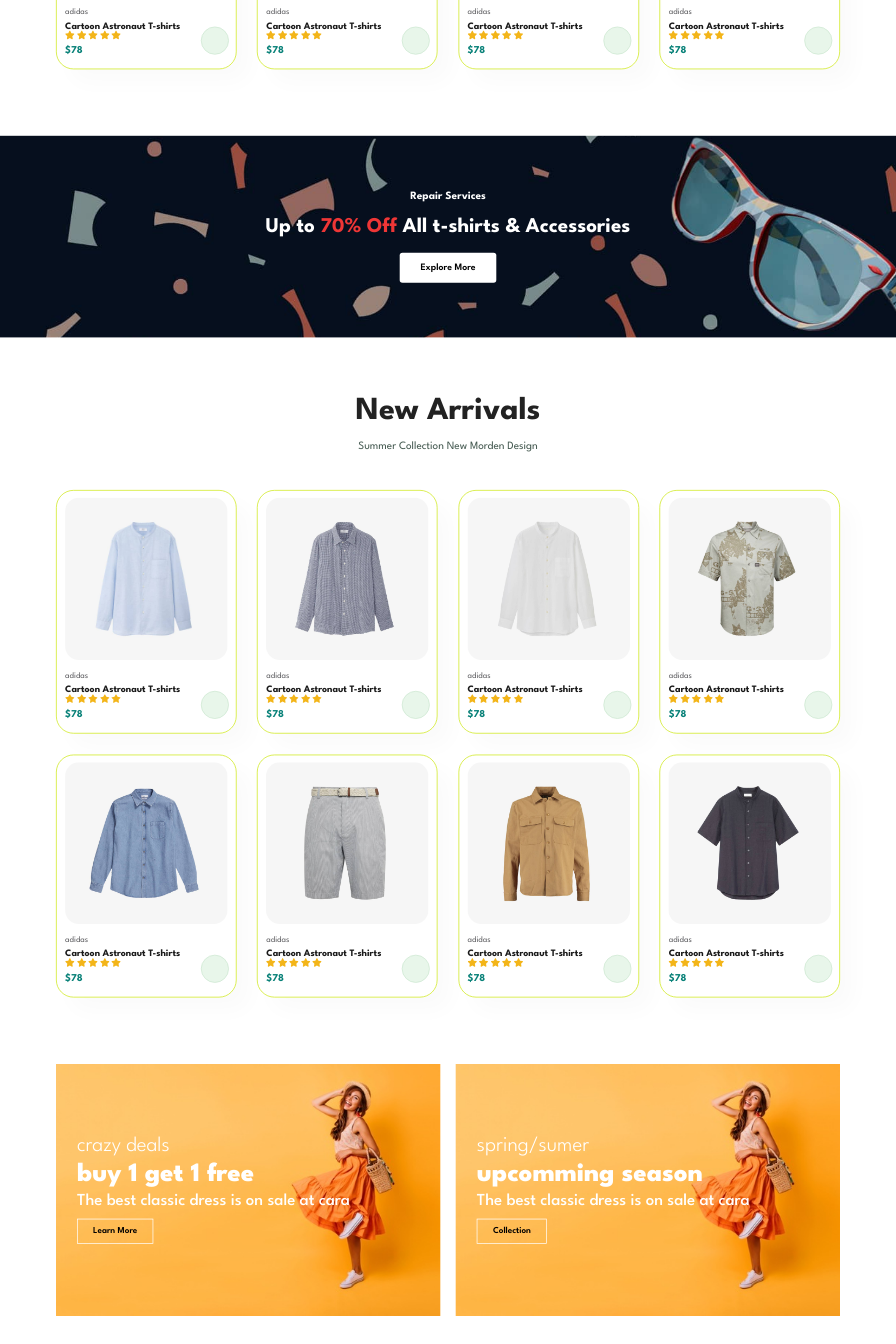
Repository: quy261001/cara
Page: index.html
The author's editor kept a copy of each file at every save. The page is drawn from the files as they stood at one save, then again after the next save.
The browser window is 1280 px wide. The pictures show the part of the page from y = 1840 to 3760 px (the page is 3760 px tall), at 70% of full size.

Above is the page before, as saved 2022-05-01 22:01:29.

### index.html
<!DOCTYPE html>
<html lang="en">
<head>
  <meta charset="UTF-8">
  <meta http-equiv="X-UA-Compatible" content="IE=edge">
  <meta name="viewport" content="width=device-width, initial-scale=1.0">
  <link rel="stylesheet" href="style.css">
  <title>Cara</title>
</head>
<body>
  <section class="header">
    <a href="#"><img src="img/logo.png" class="logo" alt=""></a>

    <div>
      <ul class="navbar">
        <li><a class="active" href="index.html">Home</a></li>
        <li><a href="shop.html">Shop</a></li>
        <li><a href="blog.html">Blog</a></li>
        <li><a href="about.html">About</a></li>
        <li><a href="contact.html">Contact</a></li>
        <li><a href="cart.html"><i class="far fa-shopping-bag"></i></a></li>
      </ul>
    </div>
  </section>

  <section class="hero">
    <h4>Trade-in-offer</h4>
    <h2>Super value deals</h2>
    <h1>On all products</h1>
    <p>Save more with coupon & up to 70% off!</p>
    <button>Shop Now</button>
  </section>

  <section class="feature section-p1">
    <div class="fe-box">
      <img src="img/features/f1.png" alt="">
      <h6>Free Shipping</h6>
    </div>
    <div class="fe-box">
      <img src="img/features/f2.png" alt="">
      <h6>Online Order</h6>
    </div>
    <div class="fe-box">
      <img src="img/features/f3.png" alt="">
      <h6>Save Money</h6>
    </div>
    <div class="fe-box">
      <img src="img/features/f4.png" alt="">
      <h6>Promotions</h6>
    </div>
    <div class="fe-box">
      <img src="img/features/f5.png" alt="">
      <h6>Happy Sell</h6>
    </div>
    <div class="fe-box">
      <img src="img/features/f6.png" alt="">
      <h6>F24/7 Support</h6>
    </div>
  </section>

  <section class="product1 section-p1">
    <h2>Featured Products</h2>
    <p>Summer Collection New Morden Design</p>
    <div class="pro-container">
      <div class="pro">
        <img src="img/products/f1.jpg" alt="">
        <div class="des">
          <span>adidas</span>
          <h5>Cartoon Astronaut T-shirts</h5>
          <div class="star">
            <i class="fas fa-star"></i>
            <i class="fas fa-star"></i>
            <i class="fas fa-star"></i>
            <i class="fas fa-star"></i>
            <i class="fas fa-star"></i>
          </div>
          <h4>$78</h4>
        </div>
        <a href=""><i class="fal fa-shopping-cart cart"></i></a>
      </div>
      <div class="pro">
        <img src="img/products/f2.jpg" alt="">
        <div class="des">
          <span>adidas</span>
          <h5>Cartoon Astronaut T-shirts</h5>
          <div class="star">
            <i class="fas fa-star"></i>
            <i class="fas fa-star"></i>
            <i class="fas fa-star"></i>
            <i class="fas fa-star"></i>
            <i class="fas fa-star"></i>
          </div>
          <h4>$78</h4>
        </div>
        <a href=""><i class="fal fa-shopping-cart cart"></i></a>
      </div>
      <div class="pro">
        <img src="img/products/f3.jpg" alt="">
        <div class="des">
          <span>adidas</span>
          <h5>Cartoon Astronaut T-shirts</h5>
          <div class="star">
            <i class="fas fa-star"></i>
            <i class="fas fa-star"></i>
            <i class="fas fa-star"></i>
            <i class="fas fa-star"></i>
            <i class="fas fa-star"></i>
          </div>
          <h4>$78</h4>
        </div>
        <a href=""><i class="fal fa-shopping-cart cart"></i></a>
      </div>
      <div class="pro">
        <img src="img/products/f4.jpg" alt="">
        <div class="des">
          <span>adidas</span>
          <h5>Cartoon Astronaut T-shirts</h5>
          <div class="star">
            <i class="fas fa-star"></i>
            <i class="fas fa-star"></i>
            <i class="fas fa-star"></i>
            <i class="fas fa-star"></i>
            <i class="fas fa-star"></i>
          </div>
          <h4>$78</h4>
        </div>
        <a href=""><i class="fal fa-shopping-cart cart"></i></a>
      </div>
      <div class="pro">
        <img src="img/products/f5.jpg" alt="">
        <div class="des">
          <span>adidas</span>
          <h5>Cartoon Astronaut T-shirts</h5>
          <div class="star">
            <i class="fas fa-star"></i>
            <i class="fas fa-star"></i>
            <i class="fas fa-star"></i>
            <i class="fas fa-star"></i>
            <i class="fas fa-star"></i>
          </div>
          <h4>$78</h4>
        </div>
        <a href=""><i class="fal fa-shopping-cart cart"></i></a>
      </div>
      <div class="pro">
        <img src="img/products/f6.jpg" alt="">
        <div class="des">
          <span>adidas</span>
          <h5>Cartoon Astronaut T-shirts</h5>
          <div class="star">
            <i class="fas fa-star"></i>
            <i class="fas fa-star"></i>
            <i class="fas fa-star"></i>
            <i class="fas fa-star"></i>
            <i class="fas fa-star"></i>
          </div>
          <h4>$78</h4>
        </div>
        <a href=""><i class="fal fa-shopping-cart cart"></i></a>
      </div>
      <div class="pro">
        <img src="img/products/f7.jpg" alt="">
        <div class="des">
          <span>adidas</span>
          <h5>Cartoon Astronaut T-shirts</h5>
          <div class="star">
            <i class="fas fa-star"></i>
            <i class="fas fa-star"></i>
            <i class="fas fa-star"></i>
            <i class="fas fa-star"></i>
            <i class="fas fa-star"></i>
          </div>
          <h4>$78</h4>
        </div>
        <a href=""><i class="fal fa-shopping-cart cart"></i></a>
      </div>
      <div class="pro">
        <img src="img/products/f8.jpg" alt="">
        <div class="des">
          <span>adidas</span>
          <h5>Cartoon Astronaut T-shirts</h5>
          <div class="star">
            <i class="fas fa-star"></i>
            <i class="fas fa-star"></i>
            <i class="fas fa-star"></i>
            <i class="fas fa-star"></i>
            <i class="fas fa-star"></i>
          </div>
          <h4>$78</h4>
        </div>
        <a href=""><i class="fal fa-shopping-cart cart"></i></a>
      </div>
    </div>

  </section>

  <section class="banner section-m1">
    <h4>Repair Services</h4>
    <h2>Up to <span>70% Off</span> All t-shirts & Accessories</h2>
    <button class="normal">Explore More</button>
  </section>

  <section class="product1 section-p1">
    <h2>New Arrivals</h2>
    <p>Summer Collection New Morden Design</p>
    <div class="pro-container">
      <div class="pro">
        <img src="img/products/n1.jpg" alt="">
        <div class="des">
          <span>adidas</span>
          <h5>Cartoon Astronaut T-shirts</h5>
          <div class="star">
            <i class="fas fa-star"></i>
            <i class="fas fa-star"></i>
            <i class="fas fa-star"></i>
            <i class="fas fa-star"></i>
            <i class="fas fa-star"></i>
          </div>
          <h4>$78</h4>
        </div>
        <a href=""><i class="fal fa-shopping-cart cart"></i></a>
      </div>
      <div class="pro">
        <img src="img/products/n2.jpg" alt="">
        <div class="des">
          <span>adidas</span>
          <h5>Cartoon Astronaut T-shirts</h5>
          <div class="star">
            <i class="fas fa-star"></i>
            <i class="fas fa-star"></i>
            <i class="fas fa-star"></i>
            <i class="fas fa-star"></i>
            <i class="fas fa-star"></i>
          </div>
          <h4>$78</h4>
        </div>
        <a href=""><i class="fal fa-shopping-cart cart"></i></a>
      </div>
      <div class="pro">
        <img src="img/products/n3.jpg" alt="">
        <div class="des">
          <span>adidas</span>
          <h5>Cartoon Astronaut T-shirts</h5>
          <div class="star">
            <i class="fas fa-star"></i>
            <i class="fas fa-star"></i>
            <i class="fas fa-star"></i>
            <i class="fas fa-star"></i>
            <i class="fas fa-star"></i>
          </div>
          <h4>$78</h4>
        </div>
        <a href=""><i class="fal fa-shopping-cart cart"></i></a>
      </div>
      <div class="pro">
        <img src="img/products/n4.jpg" alt="">
        <div class="des">
          <span>adidas</span>
          <h5>Cartoon Astronaut T-shirts</h5>
          <div class="star">
            <i class="fas fa-star"></i>
            <i class="fas fa-star"></i>
            <i class="fas fa-star"></i>
            <i class="fas fa-star"></i>
            <i class="fas fa-star"></i>
          </div>
          <h4>$78</h4>
        </div>
        <a href=""><i class="fal fa-shopping-cart cart"></i></a>
      </div>
      <div class="pro">
        <img src="img/products/n5.jpg" alt="">
        <div class="des">
          <span>adidas</span>
          <h5>Cartoon Astronaut T-shirts</h5>
          <div class="star">
            <i class="fas fa-star"></i>
            <i class="fas fa-star"></i>
            <i class="fas fa-star"></i>
            <i class="fas fa-star"></i>
            <i class="fas fa-star"></i>
          </div>
          <h4>$78</h4>
        </div>
        <a href=""><i class="fal fa-shopping-cart cart"></i></a>
      </div>
      <div class="pro">
        <img src="img/products/n6.jpg" alt="">
        <div class="des">
          <span>adidas</span>
          <h5>Cartoon Astronaut T-shirts</h5>
          <div class="star">
            <i class="fas fa-star"></i>
            <i class="fas fa-star"></i>
            <i class="fas fa-star"></i>
            <i class="fas fa-star"></i>
            <i class="fas fa-star"></i>
          </div>
          <h4>$78</h4>
        </div>
        <a href=""><i class="fal fa-shopping-cart cart"></i></a>
      </div>
      <div class="pro">
        <img src="img/products/n7.jpg" alt="">
        <div class="des">
          <span>adidas</span>
          <h5>Cartoon Astronaut T-shirts</h5>
          <div class="star">
            <i class="fas fa-star"></i>
            <i class="fas fa-star"></i>
            <i class="fas fa-star"></i>
            <i class="fas fa-star"></i>
            <i class="fas fa-star"></i>
          </div>
          <h4>$78</h4>
        </div>
        <a href=""><i class="fal fa-shopping-cart cart"></i></a>
      </div>
      <div class="pro">
        <img src="img/products/n8.jpg" alt="">
        <div class="des">
          <span>adidas</span>
          <h5>Cartoon Astronaut T-shirts</h5>
          <div class="star">
            <i class="fas fa-star"></i>
            <i class="fas fa-star"></i>
            <i class="fas fa-star"></i>
            <i class="fas fa-star"></i>
            <i class="fas fa-star"></i>
          </div>
          <h4>$78</h4>
        </div>
        <a href=""><i class="fal fa-shopping-cart cart"></i></a>
      </div>
    </div>

  </section>

  <section class="sm-banner section-p1">
      <div class="banner-box">
        <h4>crazy deals</h4>
        <h2>buy 1 get 1 free</h2>
        <span>The best classic dress is on sale at cara</span>
        <button class="while">Learn More</button>
      </div>
      <div class="banner-box banner-box2">
        <h4>spring/sumer</h4>
        <h2>upcomming season</h2>
        <span>The best classic dress is on sale at cara</span>
        <button class="while">Collection</button>
      </div>
  </section>




  <script src="script.js"></script>
  <script defer src="https://pro.fontawesome.com/releases/v5.15.4/js/all.js"></script>
</body>
</html>

### style.css
@import url('https://fonts.googleapis.com/css2?family=League+Spartan:wght@100;200;300;400;500;600;700;800;900&display=swap');
* {
  margin: 0;
  padding: 0;
  box-sizing: border-box;
  font-family: 'League Spartan', sans-serif;
}
h1 {
  font-size: 50px;
  line-height: 64px;
  color: #222;
}
h2 {
  font-size: 46px;
  line-height: 53px;
  color: #222;
}
h4 {
  font-size: 20px;
  color: #222;
}
h6 {
  font-weight: 700;
  font-size: 12px;
}
p {
  font-size: 16px;
  color: #465b52;
  margin: 15px 0 20px 0;
}
.section-p1 {
  padding: 40px 80px;
}
.section-m1 {
  margin: 40px 0;
}
button.normal {
  font-size: 14px;
  font-weight: 600;
  padding: 15px 30px;
  color: #000;
  background-color: #fff;
  border-radius: 4px;
  cursor: pointer;
  border: none;
  outline: none;
  transition: 0.2s;
}
button.while {
  font-size: 13px;
  font-weight: 600;
  padding: 11px 22px;
  color: #000;
  background-color: transparent;
  cursor: pointer;
  border: 1px solid #fff;
  outline: none;
  transition: 0.2s;
}
body {
  width: 100%;
}

/* Header-start */
.header {
  display: flex;
  justify-content: space-between;
  align-items: center;
  padding: 20px 80px;
  background-color: #E3E6F3;
  box-shadow: 0 5px 15px rgba(0, 0, 0, 0.06);
  z-index: 999;
  position: sticky;
  top: 0;
  left: 0;
}

.navbar {
  display: flex;
  align-items: center;
  justify-content: center;
}

.navbar li {
  list-style: none;
  padding: 0 20px;
  position: relative;
}

.navbar li a {
  text-decoration: none;
  font-size:16px;
  font-weight: 600;
  color: #1a1a1a;
  transition: 0.3s ease;
}

.navbar li a:hover,
.navbar li a.active {
  color: #088178;
}

.navbar li a.active::after,
.navbar li a:hover::after {
  content: "";
  width: 30%;
  height: 2px;
  background-color: #088178;
  position: absolute;
  bottom: -4px;
  left: 20px;
}
/* Home page */
.hero {
  background-image: url("img/hero4.png");
  height: 90vh;
  width: 100%;
  background-position: top 25% right 0;
  background-size: cover;
  display: flex;
  justify-content: center;
  align-items: flex-start;
  flex-direction: column;
  padding: 0 80px;
}

.hero h4 {
  padding-bottom: 15px;
}

.hero h1 {
  color: #088178;
}

.hero button {
  background-image: url("img/button.png");
  background-color: transparent;
  color: #088178;
  border: 0;
  padding: 14px 80px 14px 80px;
  background-repeat: no-repeat;
  cursor: pointer;
  font-weight: 700;
}

.feature {
  display: flex;
  align-items: center;
  justify-content: space-between;
  flex-wrap: wrap;
}

.feature .fe-box {
   width: 180px;
   text-align: center;
   padding: 25px 15px;
   box-shadow: 20px 20px 34px rgba(0, 0, 0, 0.03);
   border: 1px solid #cce7d0;
   border-radius: 4px;
   margin: 15px 0;
}

.feature .fe-box:hover {
  box-shadow: 10px 10px 54px rgba(70, 62, 221, 0.1);
}
.feature .fe-box img {
  width: 100%;
  margin-bottom: 10px;
}
.feature .fe-box h6 {
  display: inline-block;
  padding: 9px 8px 6px 8px;
  line-height: 1;
  border-radius: 4px;
  color: #088178;
  background-color: #fddde4;
}
.feature .fe-box:nth-child(2) h6 {
  background-color: #cdebbc;
}
.feature .fe-box:nth-child(3) h6 {
  background-color: #d1e8f2;
}
.feature .fe-box:nth-child(4) h6 {
  background-color: #cdd4f8;
}
.feature .fe-box:nth-child(5) h6 {
  background-color: #f6dbf6;
}
.feature .fe-box:nth-child(6) h6 {
  background-color: #fff2e5;
}

.product1 {
  text-align: center;
}
.product1 .pro-container {
  display: flex;
  justify-content: space-between;
  flex-wrap: wrap;
  padding-top: 20px;
}
.product1 .pro {
  position: relative;
  width: 23%;
  min-width: 250px;
  padding: 10px 12px;
  border: 1px solid #cce70d;
  border-radius: 25px;
  cursor: pointer;
  box-shadow: 20px 20px 30px rgba(0, 0, 0, 0.02);
  margin: 15px 0;
  transition: 0.2s ease;
}
.product1 .pro:hover {
  box-shadow: 20px 20px 30px rgba(0, 0, 0, 0.06);
}
.product1 .pro img {
  width: 100%;
  border-radius: 20px;
}
.product1 .pro .des {
  text-align: start;
  padding: 10px 0;
}
.product1 .pro .des span {
  color: #606063;
  font-size: 12px;
}
.product1 .pro .des h5 {
  padding-top: 7px;
  color: #1a1a1a;
  font-size: 14px;
}
.star {
  font-size: 12px;
  color: rgb(243, 181, 25);
}
.product1 .pro .des h4 {
  padding-top: 7px;
  font-size: 15px;
  font-weight: 700;
  color: #088178;
}
.product1 .pro .cart {
  width: 40px;
  height: 40px;
  line-height: 40px;
  border-radius: 50px;
  background-color: #e8f6ea;
  font-weight: 500;
  color: #088178;
  border: 1px solid #cce7d0;
  padding: 10px;
  position: absolute;
  bottom: 20px;
  right: 10px;
}

.banner {
  display: flex;
  flex-direction: column;
  justify-content: center;
  align-items: center;
  background-image: url("img/banner/b2.jpg");
  width: 100%;
  height: 40vh;
  background-size: cover;
  background-position: center;
}
.banner h4 {
  color: #fff;
  font-size: 16px;
}
.banner h2 {
  color: #fff;
  font-size: 30px;
  padding: 10px 0;
}
.banner h2 span {
  color: #ef3636;
}
.banner button:hover {
  background: #088178;
  color: #fff;
}

.sm-banner {
  display: flex;
  justify-content: space-between;
  flex-wrap: wrap;
}

.sm-banner .banner-box {
  display: flex;
  flex-direction: column;
  justify-content: center;
  align-items: flex-start;
  text-align: center;
  background-image: url("img/banner/b17.jpg");
  min-width: 49%;
  height: 50vh;
  background-size: cover;
  background-position: center;
  padding: 30px;
}
.sm-banner .banner-box2 {
  background-image: url("img/banner/b17.jpg");
}
.sm-banner h4 {
  color: #fff;
  font-size: 30px;
  font-weight: 300;
}
.sm-banner h2 {
  color: #fff;
  font-size: 38px;
  font-weight: 800;
}
.sm-banner span {
  color: #fff;
  font-size: 24px;
  font-weight: 500;
  margin-bottom: 15px;
}
.sm-banner .banner-box:hover button {
  background-color: #088178;
  border: 1px solid #088178;
}

Loaded but not shown: script.js (no copy from this time; the picture is the same without it)

After the next save:
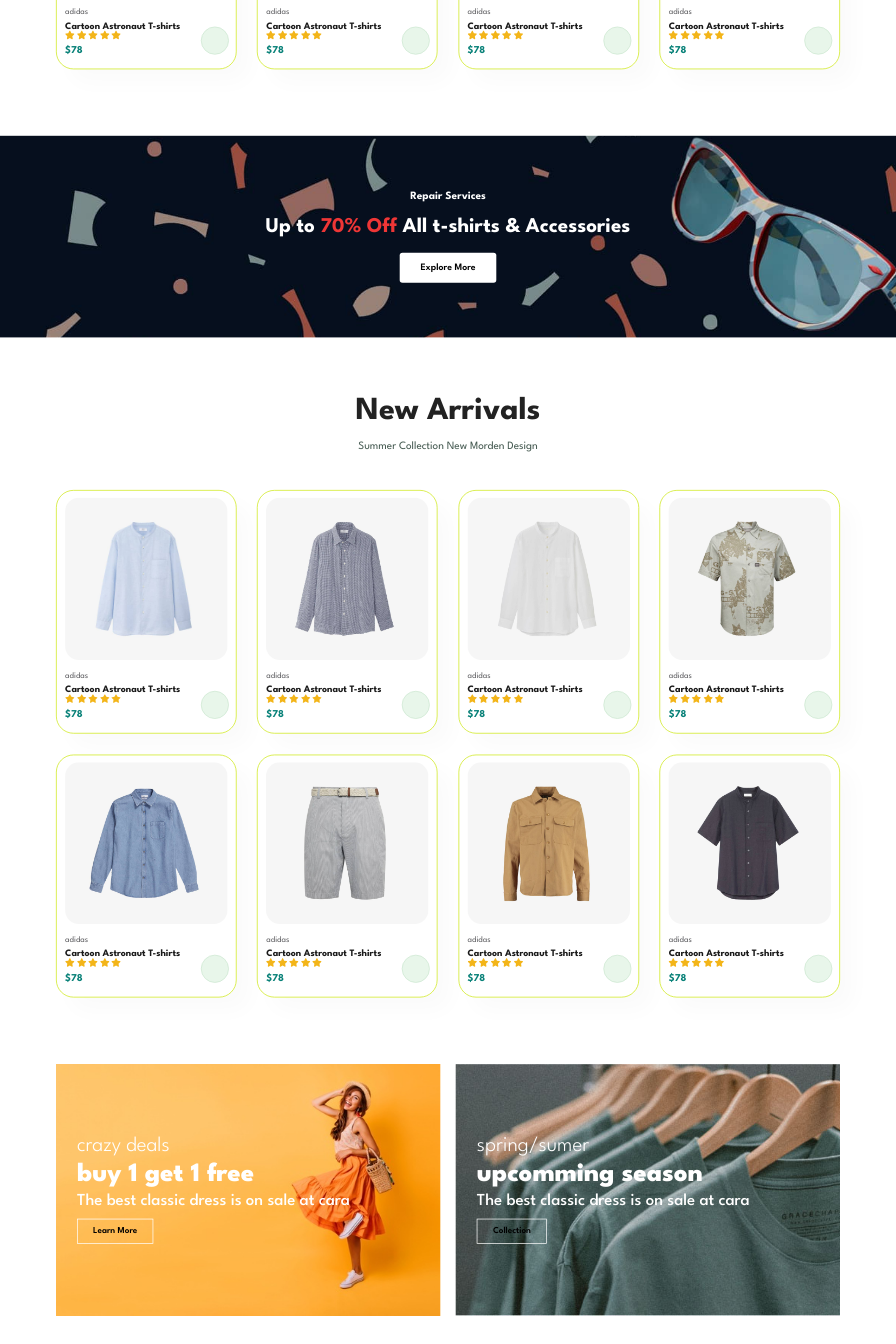
Saved 8 s later.
--- a/style.css
+++ b/style.css
@@ -305,7 +305,7 @@ body {
   padding: 30px;
 }
 .sm-banner .banner-box2 {
-  background-image: url("img/banner/b17.jpg");
+  background-image: url("img/banner/b10.jpg");
 }
 .sm-banner h4 {
   color: #fff;
